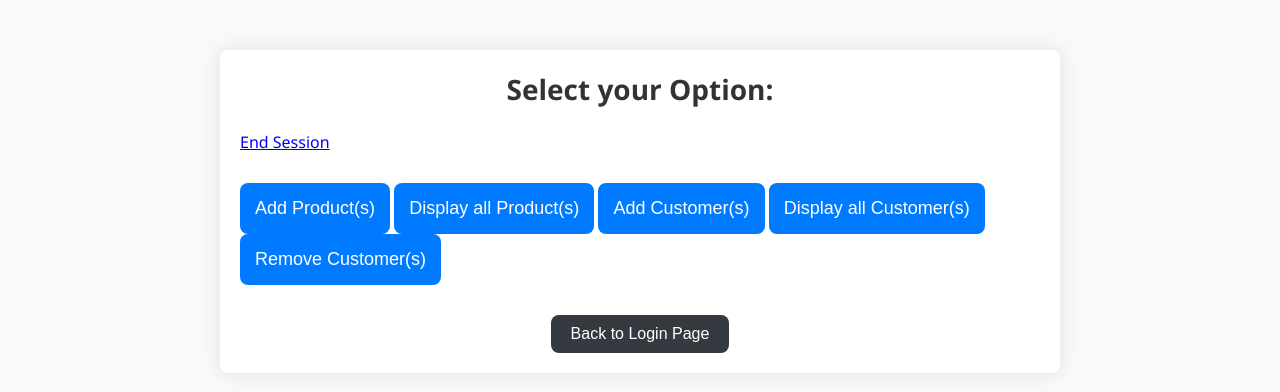
Repository: palakbari/Spring-MVC
Page: http://localhost/ShoppingSystem/admin_menu.jsp
The author's editor kept a copy of each file at every save. The page is drawn from the files as they stood at one save, then again after the next save.
The browser window is 1280 px wide. The pictures show the whole page.
The page is served by Tomcat 9.

Above is the page before, as saved 2024-05-22 12:17:23.

After the next save:
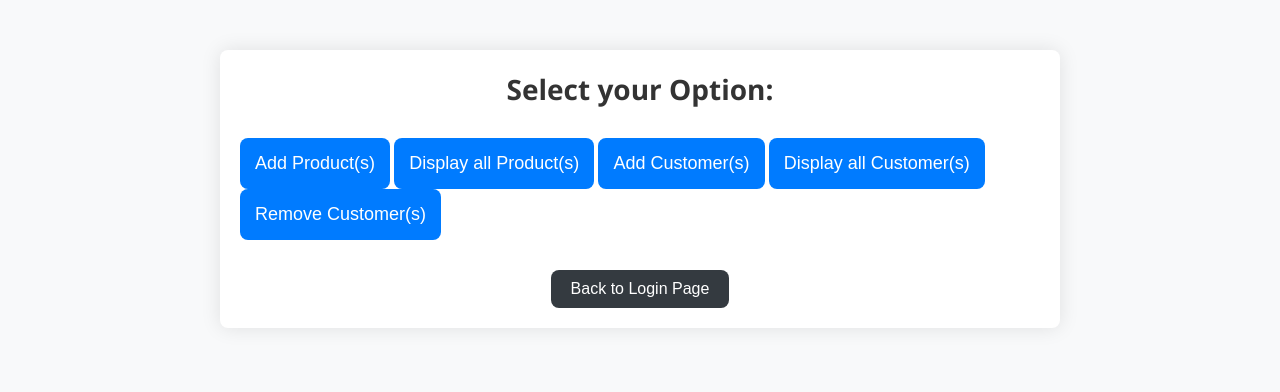
Saved 31 s later.
--- a/ShoppingSystem/src/main/webapp/admin_menu.jsp
+++ b/ShoppingSystem/src/main/webapp/admin_menu.jsp
@@ -74,7 +74,6 @@
 <body>
     <div class="container">
         <h2>Select your Option:</h2>
-         <a href="admin">End Session</a>
         <div class="button-container">
             <form action="admin">
                 <button onclick="form.action='addProducts'" class="button">Add Product(s)</button>
